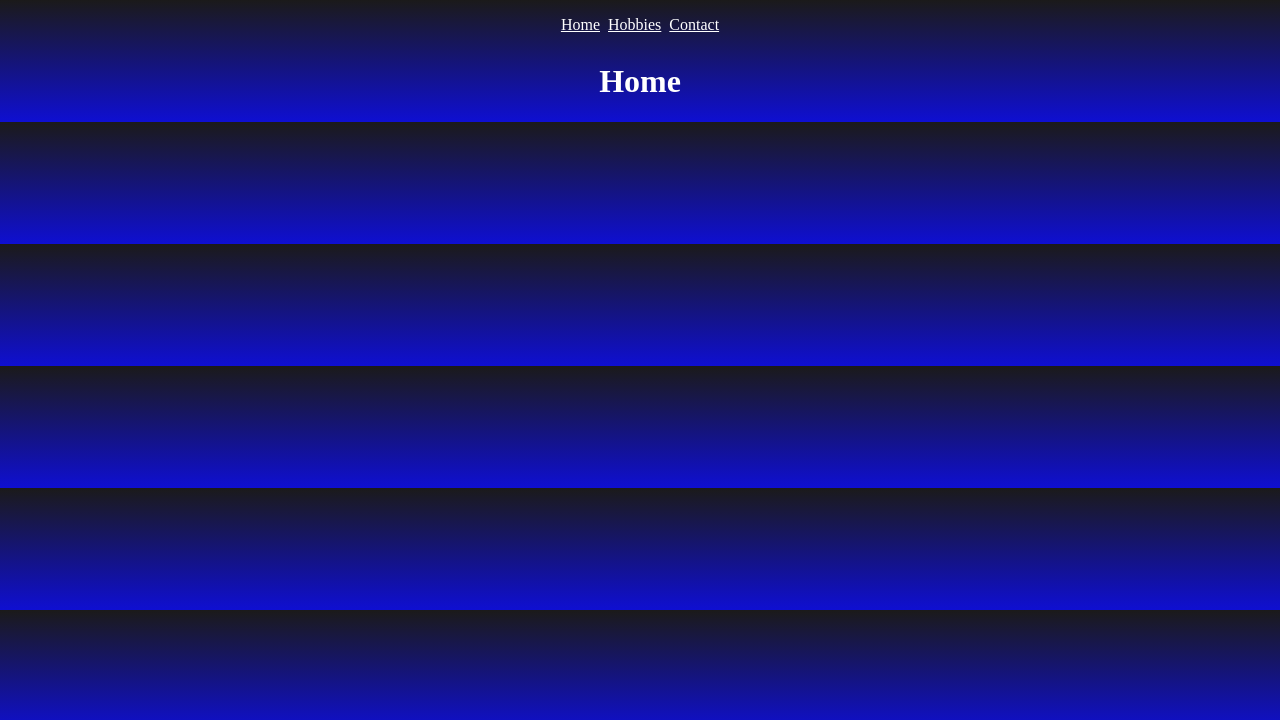
Repository: sebas6292/Jeff-Midterm
Page: home.html
These files come from the project's save history. The page is drawn as it stood at one moment and after the next save; the edit follows.
The browser window is 1280 px wide. The pictures show the whole page.

Above is the page before, as saved 2023-04-30 23:22:50.

After the next save:
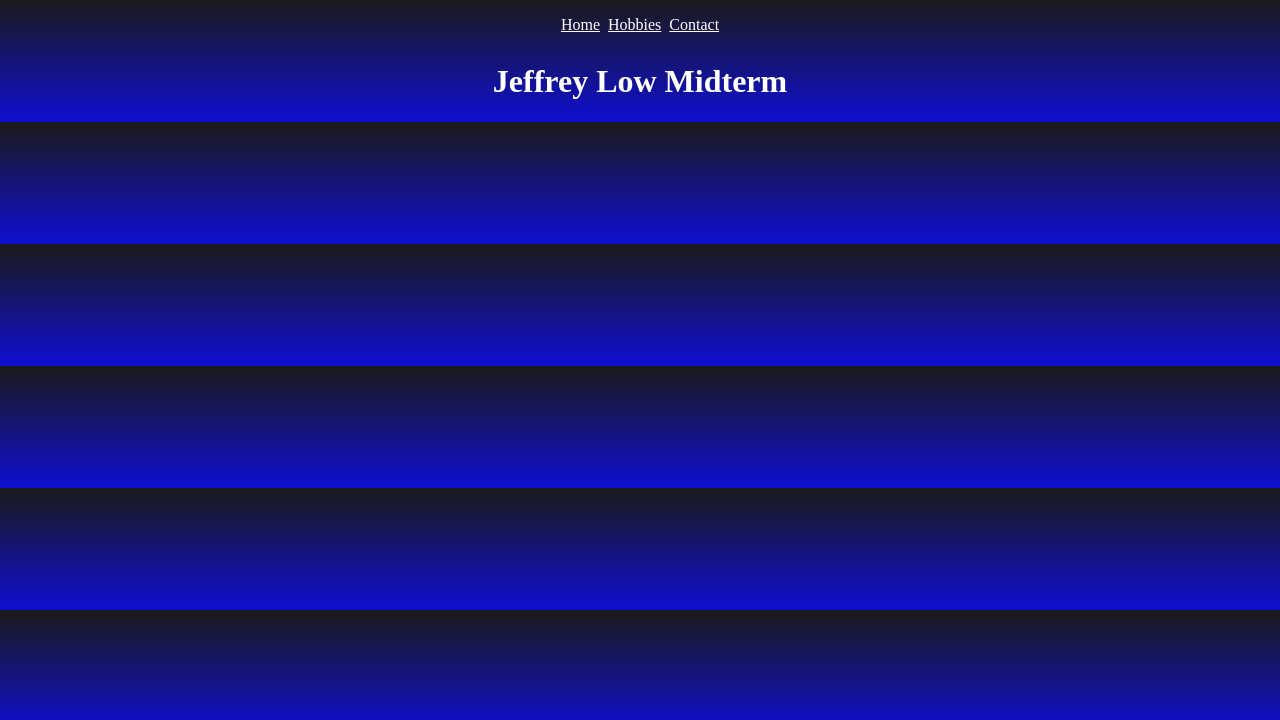
Saved 91 s later.
--- a/home.html
+++ b/home.html
@@ -13,8 +13,8 @@
       <a href="/contact.html">Contact</a>
     </nav>
     <main>
-      <h1>Home</h1>
-
+      <h1>Jeffrey Low Midterm</h1>
+      <p></p>
     </main>
   </body>
 </html>
